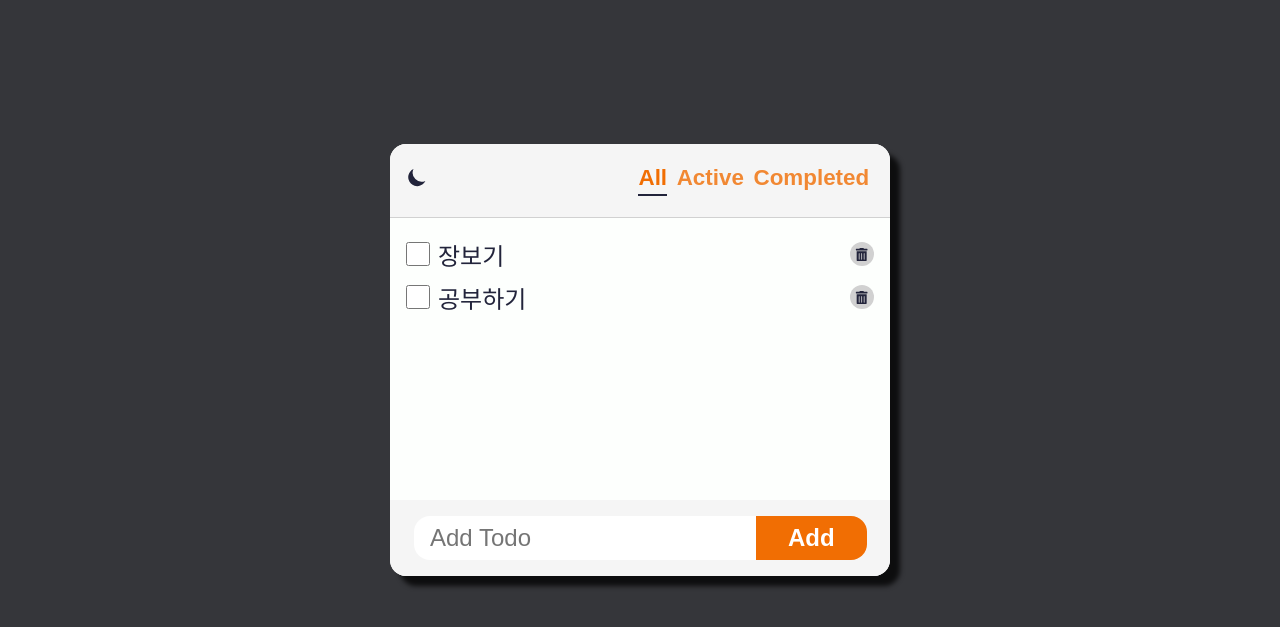
Repository: MrJinkyu/TodoList
Page: /
An editor plug-in stored every save of this project. The page is shown before and after the next save, followed by the edit.
The browser window is 1280 px wide. The pictures show the whole page.
The project was rebuilt for these pictures with package versions that can differ from the ones it lists, and the page was loaded fresh each time.

Above is the page before, as saved 2023-05-01 15:15:26.

After the next save:
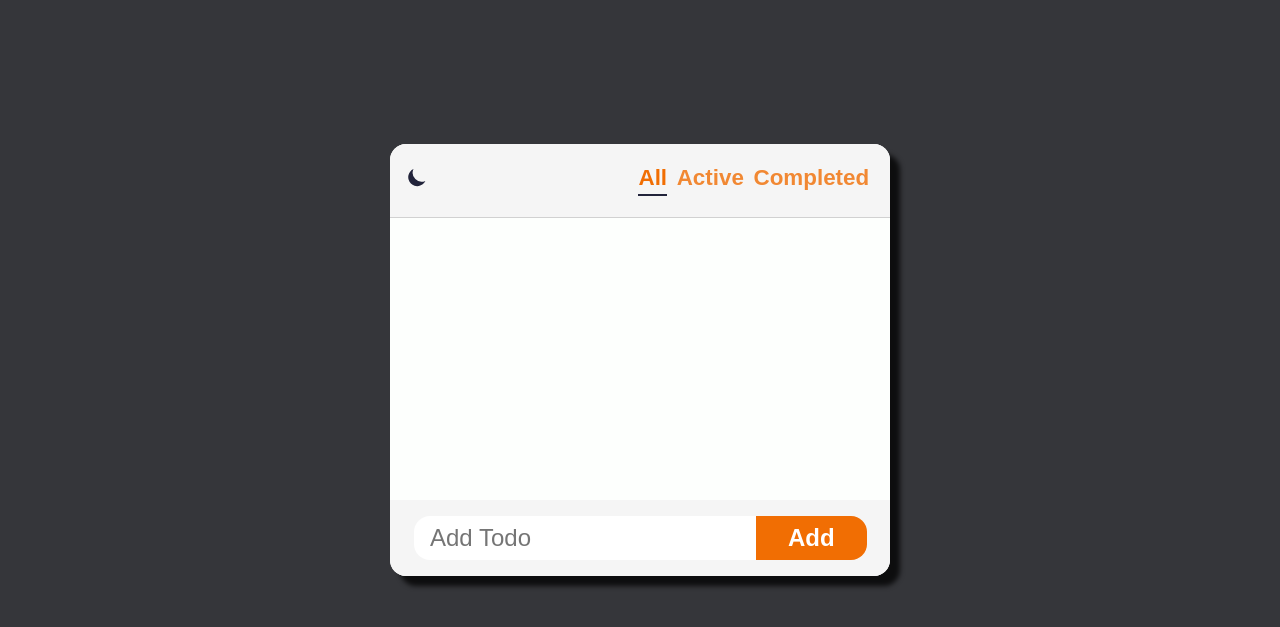
Saved 29 min 44 s later.
--- a/src/components/TodoList.jsx
+++ b/src/components/TodoList.jsx
@@ -1,14 +1,11 @@
-import React, { useState } from 'react';
+import React, { useEffect, useState } from 'react';
 import {v4 as uuidv4} from 'uuid';
 import AddTodo from './AddTodo';
 import Todo from './Todo';
 import styles from './TodoList.module.css';
 
 export default function TodoList({filter}) {
-    const [todos, setTodos] = useState([
-        { id: uuidv4(), text: '장보기', status: 'active' },
-        { id: uuidv4(), text: '공부하기', status: 'active' }
-    ]);
+    const [todos, setTodos] = useState(readTodo);
     const handleAdd = (todo) => {
         setTodos([...todos, todo]);
     }
@@ -19,6 +16,10 @@ export default function TodoList({filter}) {
         setTodos(todos.filter((todo) => todo.id !== deleted.id));
     }
     const filtered = getFilteredItems(todos, filter);
+
+    useEffect(()=>{
+        localStorage.setItem('todos',JSON.stringify(todos));
+    },[todos]);
     return (
         <section className={styles.container}>
             <ul className={styles.list}>
@@ -42,3 +43,8 @@ function getFilteredItems(todos, filter){
     }
     return todos.filter((todo) => todo.status === filter);
 }
+
+function readTodo(){
+    const todos = localStorage.getItem('todos');
+    return todos ? JSON.parse(todos) : [];
+}
